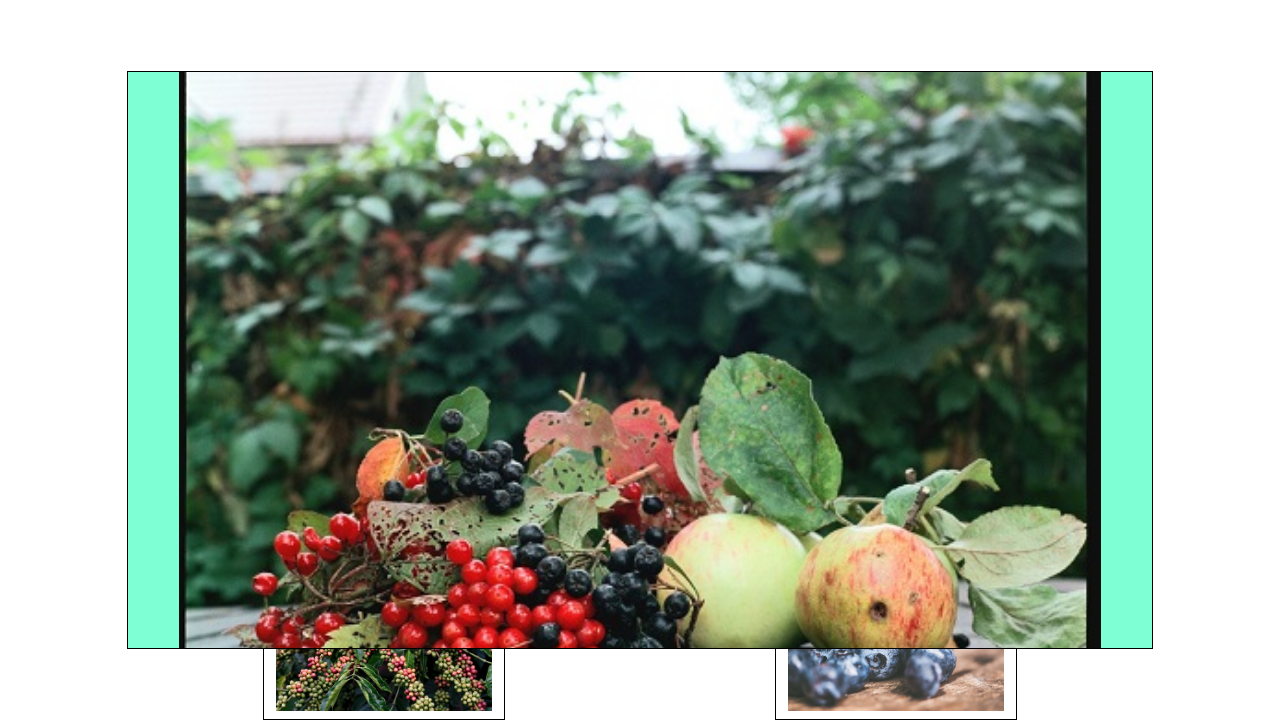
Repository: lidkaa/devTasks
Page: 0. Zadania Testowe/zadania/FlexboxCentered.html
An editor plug-in stored every save of this project. The page is shown before and after the next save, followed by the edit.
The browser window is 1280 px wide. The pictures show the whole page.
The pointer rests on the first visible `.cell`.

Above is the page before, as saved 2022-02-02 08:29:17.

### 0. Zadania Testowe/zadania/FlexboxCentered.html
<!DOCTYPE html>
<html lang="en">
<head>
    <meta charset="UTF-8">
    <meta http-equiv="X-UA-Compatible" content="IE=edge">
    <meta name="viewport" content="width=device-width, initial-scale=1.0">
    <link rel="stylesheet" type="text/css" href="flexboxcentered.css">
    <title>Document</title>
</head>
<body>
    <div class="presentation">
        <ul class="cells">
            <li class="cell">
                <img />
            </li>
            <li class="cell">
                <img />
            </li>
            <li class="cell">
                <img />
            </li>
            <li class="cell">
                <img />
            </li>
            <li class="cell">
                <img />
            </li>
            <li class="cell">
                <img />
            </li>
            <li class="cell">
                <img />
            </li>
            <li class="cell">
                <img />
            </li>
            <li class="cell">
                <img />
            </li>
        </ul>
    </div>
<script src="./script.js"></script>
</body>
</html>

### 0. Zadania Testowe/zadania/flexboxcentered.css
* {
    margin: 0;
    padding: 0;
}

.presentation {
    position: fixed;
    height: 100vh;
    width: 100vw;
    display: flex;
    justify-content: center;
    align-items: center;
}

.cells {
    display: flex;
    justify-content: space-around;
    align-items: center;
    flex-direction: row;
    flex-wrap: wrap;
    list-style-type: none;
    height: 80vh;
    width: 80vw;
    background-color: aquamarine;
}

.cell {
    height: 10em;
    width: 15em;
    border: 1px solid black;
    margin: 0 90px;
    overflow: hidden;
    /* transition: .5s ; */
}

.cell:nth-child(1) {
    background-image: url('./pexel/pexel1.jpg');
    background-position: center;
    background-size: 90%;
    background-repeat: no-repeat;
  }
  .cell:nth-child(2) {
    background-image: url('./pexel/pexel2.jpg');
    background-position: center;
    background-size: 90%;
    background-repeat: no-repeat;
  }
  .cell:nth-child(3) {
    background-image: url('./pexel/pexel3.jpg');
    background-position: center;
    background-size: 90%;
    background-repeat: no-repeat;
  }
  .cell:nth-child(4) {
    background-image: url('./pexel/pexel4.jpg');
    background-position: center;
    background-size: 90%;
    background-repeat: no-repeat;
  }
  .cell:nth-child(5) {
    background-image: url('./pexel/pexel5.jpg');
    background-position: center;
    background-size: 90%;
    background-repeat: no-repeat;
  }
  .cell:nth-child(6) {
    background-image: url('./pexel/pexel6.jpg');
    background-position: center;
    background-size: 90%;
    background-repeat: no-repeat;
  }
  .cell:nth-child(7) {
    background-image: url('./pexel/pexel7.jpg');
    background-position: center;
    background-size: 90%;
    background-repeat: no-repeat;
  }
  .cell:nth-child(8) {
    background-image: url('./pexel/pexel8.jpg');
    background-position: center;
    background-size: 90%;
    background-repeat: no-repeat;
  }
  .cell:nth-child(9) {
    background-image: url('./pexel/pexel9.jpg');
    background-position: center;
    background-size: 90%;
    background-repeat: no-repeat;
  }
  .cell:hover {
    position: fixed;
    width: 80%;
    height: 80%;
    /* background-size: 80%; */
  }
  .cell:hover:active {
    height: 10em;
    width: 15em;
    border: 1px solid black;
    margin: 0 90px;
    overflow: hidden;
    position:static;
  }

### 0. Zadania Testowe/zadania/script.js
let photoH = document.querySelector('.cell:hover');

After the next save:
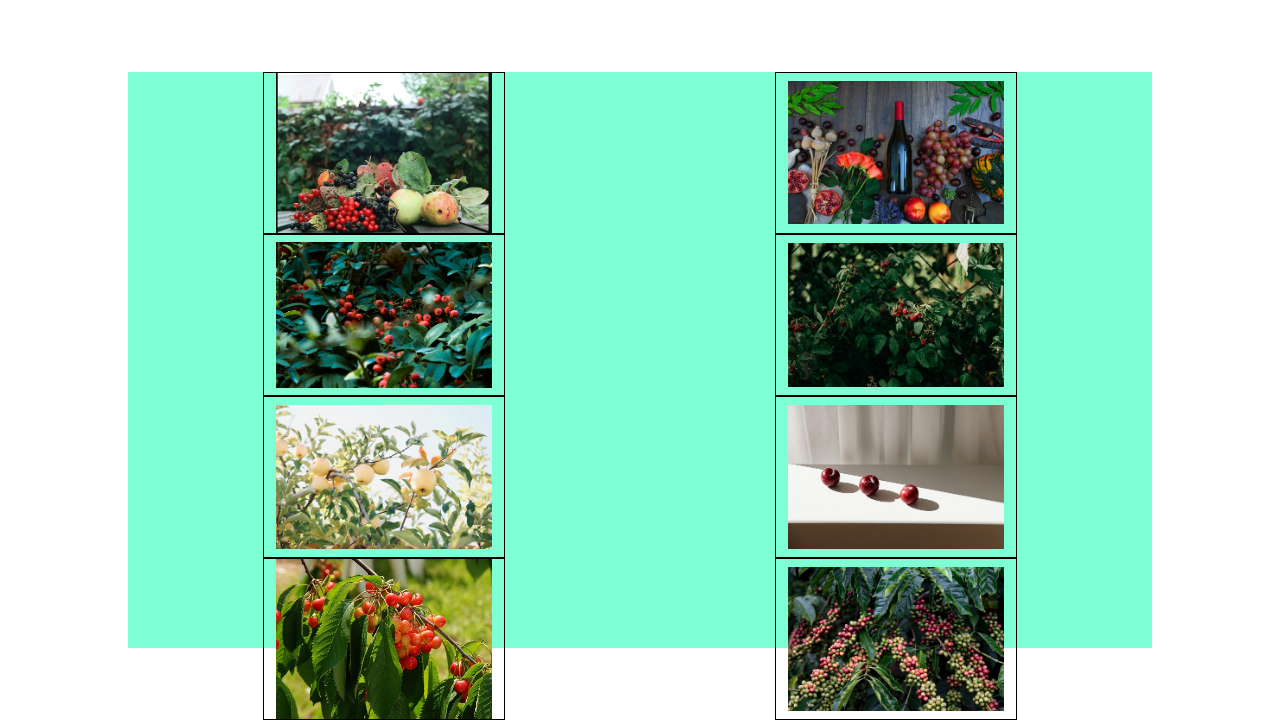
Saved 94 s later.
--- a/0. Zadania Testowe/zadania/flexboxcentered.css
+++ b/0. Zadania Testowe/zadania/flexboxcentered.css
@@ -88,9 +88,6 @@
     background-repeat: no-repeat;
   }
   .cell:hover {
-    position: fixed;
-    width: 80%;
-    height: 80%;
     /* background-size: 80%; */
   }
   .cell:hover:active {
